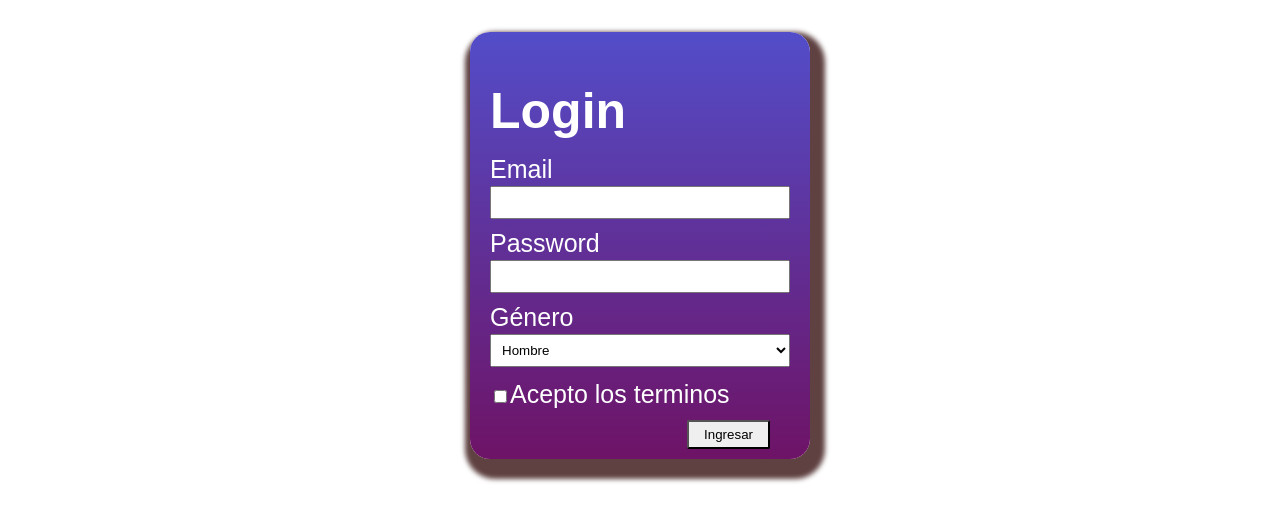
Repository: May-Mar/aspirantes-mir-html-y-css
Page: ejercicio1-html-y-css/index.html
These files come from the project's save history. The page is drawn as it stood at one moment and after the next save; the edit follows.
The browser window is 1280 px wide. The pictures show the whole page.

Above is the page before, as saved 2023-05-26 18:50:46.

After the next save:
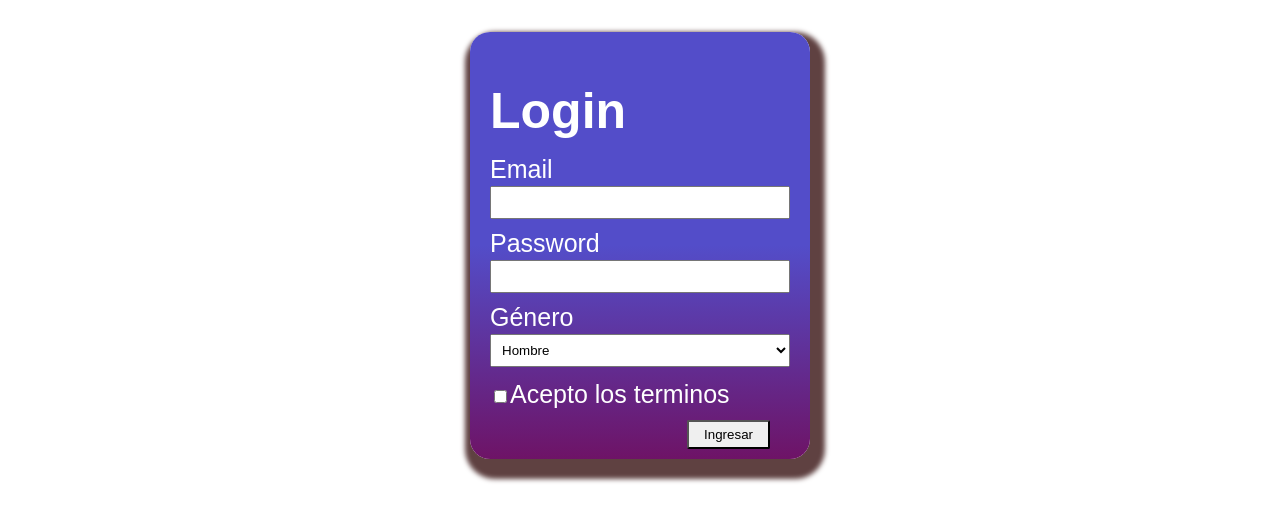
Saved 7 s later.
--- a/ejercicio1-html-y-css/styles.css
+++ b/ejercicio1-html-y-css/styles.css
@@ -8,7 +8,7 @@
     padding: 50px 20px;
     border-radius: 20px;
     margin: 20px auto 20px;
-    background: linear-gradient(#534dc9,  #6e1366);
+    background: linear-gradient(#534dc9, #534dc9, #6e1366);
     box-shadow: 5px 10px 5px 10px #5f4141;
     color: #FFFFFF;
     font-family: Arial, Helvetica, sans-serif;
